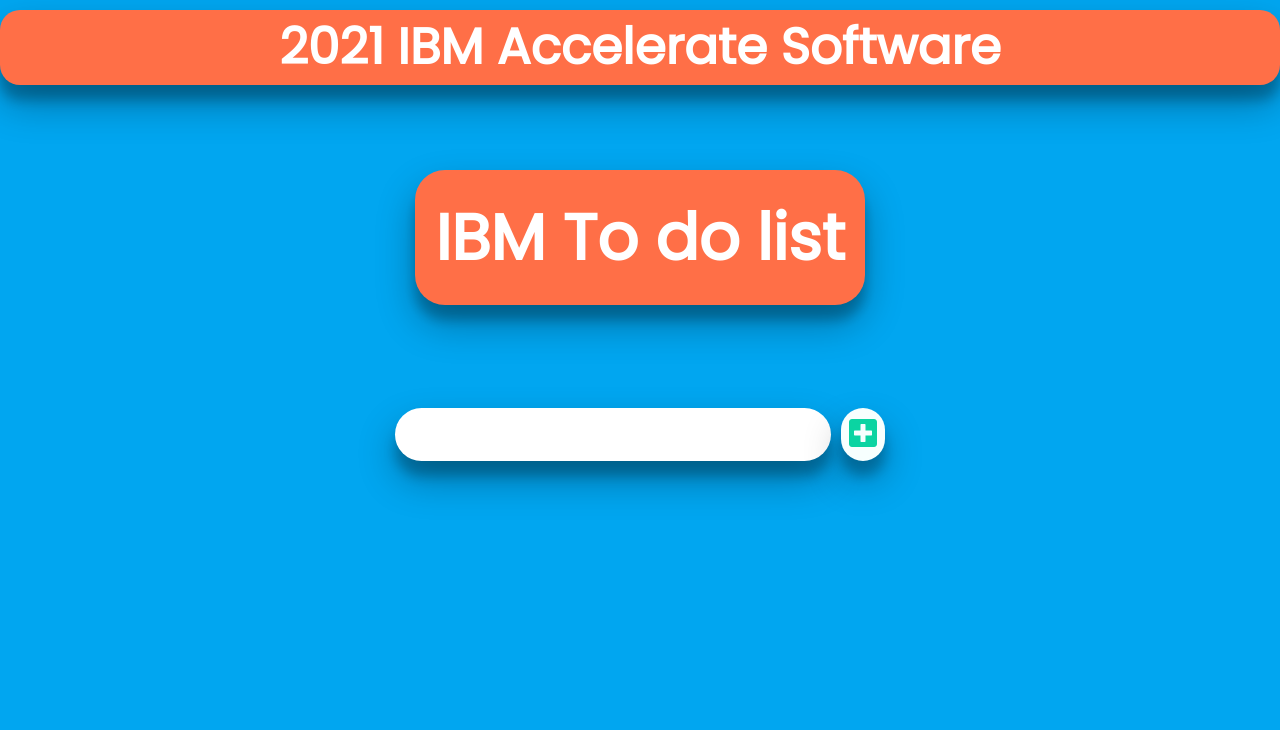
Repository: 2021-IBM-Accelerate-SW-Track/lab-1-team-34
Page: /
These files come from the project's save history. The page is drawn as it stood at one moment and after the next save; the edit follows.
The browser window is 1280 px wide. The pictures show the whole page.
Some web libraries are served in a nearby version. The project was rebuilt for these pictures with package versions that can differ from the ones it lists, and the page was loaded fresh each time. Also part of the build but not shown: src/components/Todo.js.

Above is the page before, as saved 2021-06-16 18:34:35.

### public/index.html
<!DOCTYPE html>
<html lang="en">
  <head>
    <meta charset="utf-8" />
    <link
      href="https://fonts.googleapis.com/css?family=Poppins&display=swap"
      rel="stylesheet"
    />
    <link
      rel="stylesheet"
      href="https://cdnjs.cloudflare.com/ajax/libs/font-awesome/5.12.1/css/all.min.css"
      integrity="sha256-mmgLkCYLUQbXn0B1SRqzHar6dCnv9oZFPEC1g1cwlkk="
      crossorigin="anonymous"
      <meta
      name="viewport"
      content="width=device-width, initial-scale=1"
    />
    <meta name="theme-color" content="#000000" />
    <meta
      name="description"
      content="Web site created using create-react-app"
    />
    <link rel="apple-touch-icon" href="%PUBLIC_URL%/logo192.png" />
    <!--
      manifest.json provides metadata used when your web app is installed on a
      user's mobile device or desktop. See https://developers.google.com/web/fundamentals/web-app-manifest/
    -->
    <link rel="manifest" href="%PUBLIC_URL%/manifest.json" />
    <!--
      Notice the use of %PUBLIC_URL% in the tags above.
      It will be replaced with the URL of the `public` folder during the build.
      Only files inside the `public` folder can be referenced from the HTML.

      Unlike "/favicon.ico" or "favicon.ico", "%PUBLIC_URL%/favicon.ico" will
      work correctly both with client-side routing and a non-root public URL.
      Learn how to configure a non-root public URL by running `npm run build`.
    -->
    <title>React App</title>
  </head>
  <body>
    <noscript>You need to enable JavaScript to run this app.</noscript>
    <div id="root"></div>
    <!--
      This HTML file is a template.
      If you open it directly in the browser, you will see an empty page.

      You can add webfonts, meta tags, or analytics to this file.
      The build step will place the bundled scripts into the <body> tag.

      To begin the development, run `npm start` or `yarn start`.
      To create a production bundle, use `npm run build` or `yarn build`.
    -->
  </body>
</html>

### src/App.js
import "./App.css";
import Form from "./components/form";
import React, { useState } from "react";
import List from "./components/list";
import Header from "./components/header";

function App() {
  const [inputText, setInputText] = useState("");
  const [todos, setTodos] = useState([]);
  return (
    <div className="App">
      <Header />
      <header>
        <h1 className="ibm-header">IBM To do list</h1>
      </header>
      <Form
        inputText={inputText}
        todos={todos}
        setTodos={setTodos}
        setInputText={setInputText}
      />
      <List setTodos={setTodos} todos={todos} />
    </div>
  );
}

export default App;

### src/App.css
=* {
  margin: 0;
  padding: 0;
  box-sizing: border-box;
}

.ibm-header {
  background-color: #ff6f47;
  padding: 20px;
  border-radius: 30px;
  box-shadow: rgba(0, 0, 0, 0.3) 0px 19px 38px,
    rgba(0, 0, 0, 0.22) 0px 15px 12px;
  margin-top: 100px;
}

.App > header > .ibm-header {
  animation: floatY 2400ms ease-out infinite both;
}
@keyframes floatY {
  0%,
  100% {
    transform: translateY(0);
  }

  50% {
    transform: translateY(-20px);
  }
}
body {
  background-color: #01a6f0;
  color: white;
  font-family: "Poppins", sans-serif;
  min-height: 100vh;
}
header {
  font-size: 2rem;
}

header,
form {
  min-height: 20vh;
  display: flex;
  justify-content: center;
  align-items: center;
  border-radius: 10;
}
form input,
form button {
  padding: 0.5rem;
  font-size: 2rem;
  border: none;
  background: white;
  border-radius: 30px;
  box-shadow: rgba(0, 0, 0, 0.3) 0px 19px 38px,
    rgba(0, 0, 0, 0.22) 0px 15px 12px;
  vertical-align: middle;
}
form button {
  color: rgb(11, 212, 162);
  background: #f7fffe;
  text-align: center;
  cursor: pointer;
  transition: all 0.3s ease;
  margin-left: 10px;
}
form button:hover {
  background: rgb(11, 212, 162);
  color: white;
}
.todo-container {
  display: flex;
  justify-content: center;
  align-items: center;
}

.todo-list {
  min-width: 30%;
  list-style: none;
}

.todo {
  margin: 0.5rem;
  background: white;
  font-size: 1.5rem;
  color: black;
  display: flex;
  justify-content: space-between;
  align-items: center;
  transition: all 1s ease;
  border-radius: 20px;
  box-shadow: rgba(0, 0, 0, 0.3) 0px 19px 38px,
    rgba(0, 0, 0, 0.22) 0px 15px 12px;
}
.filter-todo {
  padding: 1rem;
}
.todo li {
  flex: 1;
}

.trash-btn {
  background: #ff6f47;
  color: white;
  border: none;
  padding: 1rem;
  cursor: pointer;
  font-size: 1rem;
  border-radius: 30px;
}
.complete-btn {
  background: #ff6f47;
  color: white;
  border: none;
  padding: 1rem;
  cursor: pointer;
  font-size: 1rem;
  border-radius: 30px;
}
.complete-btn {
  background: rgb(11, 212, 162);
}
.todo-item {
  padding: 0rem 0.5rem;
}

.fa-trash,
.fa-check {
  pointer-events: none;
  vertical-align: middle;
}

.fall {
  transform: translateY(10rem) rotateZ(20deg);
  opacity: 0;
}
#plus {
  text-align: center;
}

.completed {
  text-decoration: line-through;
  opacity: 0.5;
}

/*CUSTOM SELECTOR */
select {
  -webkit-appearance: none;
  -moz-appearance: none;
  -ms-appearance: none;
  appearance: none;
  outline: 0;
  box-shadow: none;
  border: 0 !important;
  background-image: none;
}

/* Custom Select */
.select {
  margin: 1rem;
  position: relative;
  overflow: hidden;
}
select {
  color: #ff6f47;
  font-family: "Poppins", sans-serif;
  cursor: pointer;
  width: 12rem;
}
/* Arrow */
.select::after {
  content: "\25BC";
  position: absolute;
  top: 0;
  right: 0;
  padding: 1rem;
  background: #ff6f47;
  cursor: pointer;
  pointer-events: none;
}
/* Transition */
/*
.select:hover::after {
  transform: scale(1.5);
}
*/

### src/components/form.js
import React from "react";

const form = ({ setInputText, todos, setTodos, inputText }) => {
  const inputTextHandler = (e) => {
    console.log(e.target.value);
    setInputText(e.target.value);
  };
  const submitTodoHandler = (e) => {
    e.preventDefault();
    setTodos([
      ...todos,
      { text: inputText, completed: false, id: Math.random() * 1000 },
    ]);
    setInputText("");
  };

  return (
    <form>
      <input
        value={inputText}
        onChange={inputTextHandler}
        //data testing
        data-testid="new-item-input"
        type="text"
        className="todo-input"
      />
      <button onClick={submitTodoHandler} className="todo-button" type="submit">
        <i id="plus" className="fas fa-plus-square"></i>
      </button>
      {/* <div className="select">
        <select name="todos" className="filter-todo">
          <option value="all">All</option>
          <option value="completed">Completed</option>
          <option value="uncompleted">Uncompleted</option>
        </select>
      </div> */}
    </form>
  );
};

export default form;

### src/components/list.js
import React from "react";
import Todo from "./Todo";

const Todolist = ({ todos, setTodos }) => {
  return (
    <div className="todo-container">
      <ul className="todo-list">
        {todos.map((todo) => (
          <Todo
            key={todo.id}
            text={todo.text}
            setTodos={setTodos}
            todos={todos}
            todo={todo}
          />
        ))}
      </ul>
    </div>
  );
};

export default Todolist;

### src/components/header/index.js
import Header from "./header"

export default Header

### src/components/header/header.js
import "./header.css";
export default function Header() {
  return (
    <div className="header">
      2021 IBM Accelerate Software
    </div>
  );
}

### src/components/header/header.css
.header {
  font-size: 50px;
  background-color: #ff6f47;
  color: white;
  font-weight: bold;
  text-align: center;
  border-radius: 20px;
  box-shadow: rgba(0, 0, 0, 0.3) 0px 19px 38px,
    rgba(0, 0, 0, 0.22) 0px 15px 12px;
  margin-top: 10px;
}

Loaded but not shown: src/index.js (common file); src/index.css (common file); src/reportWebVitals.js (common file)

After the next save:
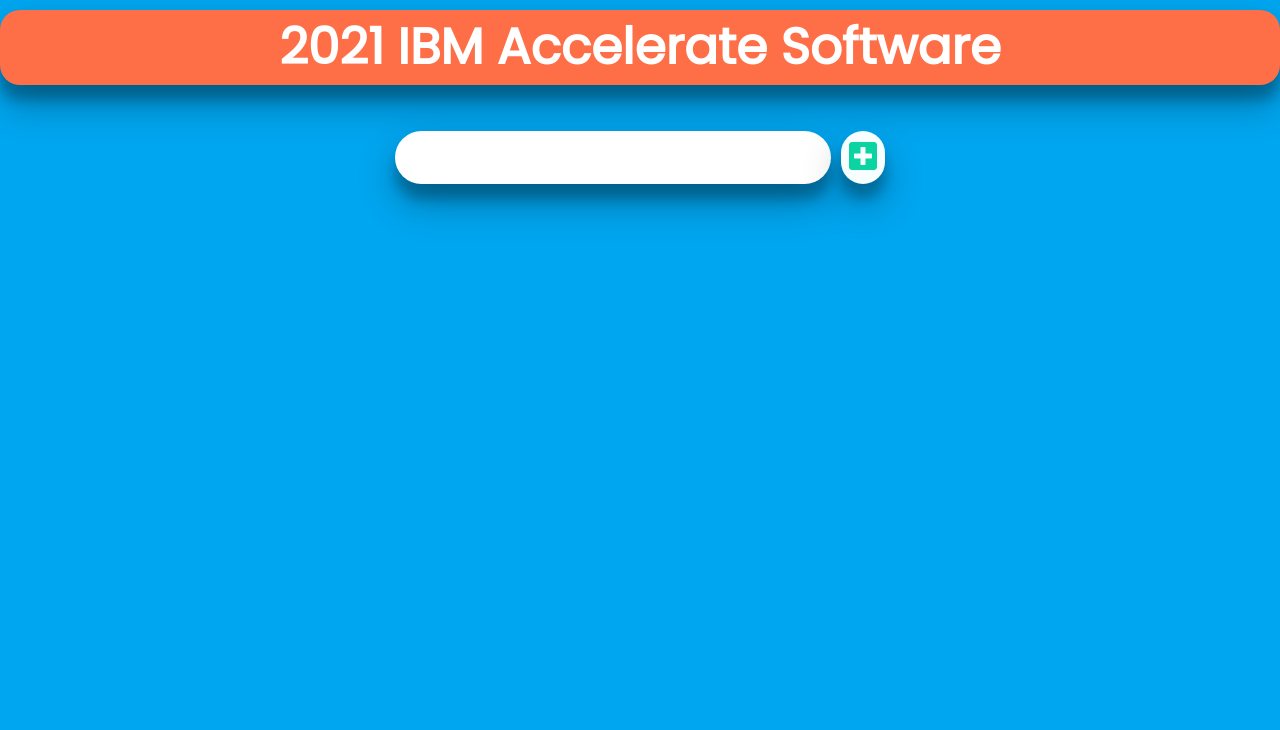
Saved 36 s later.
--- a/src/App.js
+++ b/src/App.js
@@ -10,9 +10,9 @@
   return (
     <div className="App">
       <Header />
-      <header>
+      {/* <header>
         <h1 className="ibm-header">IBM To do list</h1>
-      </header>
+      </header> */}
       <Form
         inputText={inputText}
         todos={todos}
